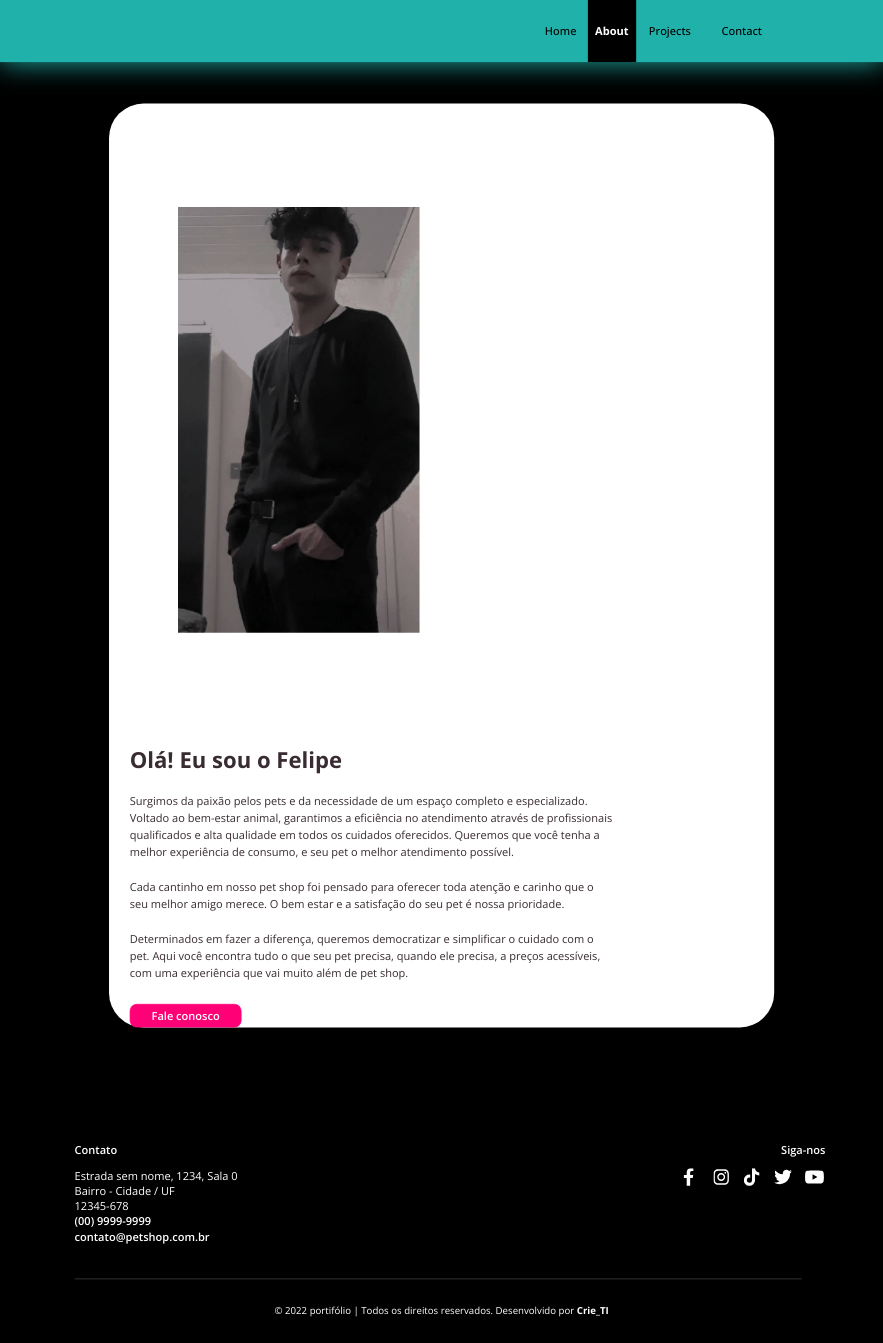
Repository: Fel1pit0/CRIE_TI
Page: Projetos/Portifólio/about.html
The author's editor kept a copy of each file at every save. The page is drawn from the files as they stood at one save, then again after the next save.
The browser window is 1280 px wide. The pictures show the whole page, at 69% of full size.

Above is the page before, as saved 2022-05-25 14:41:56.

After the next save:
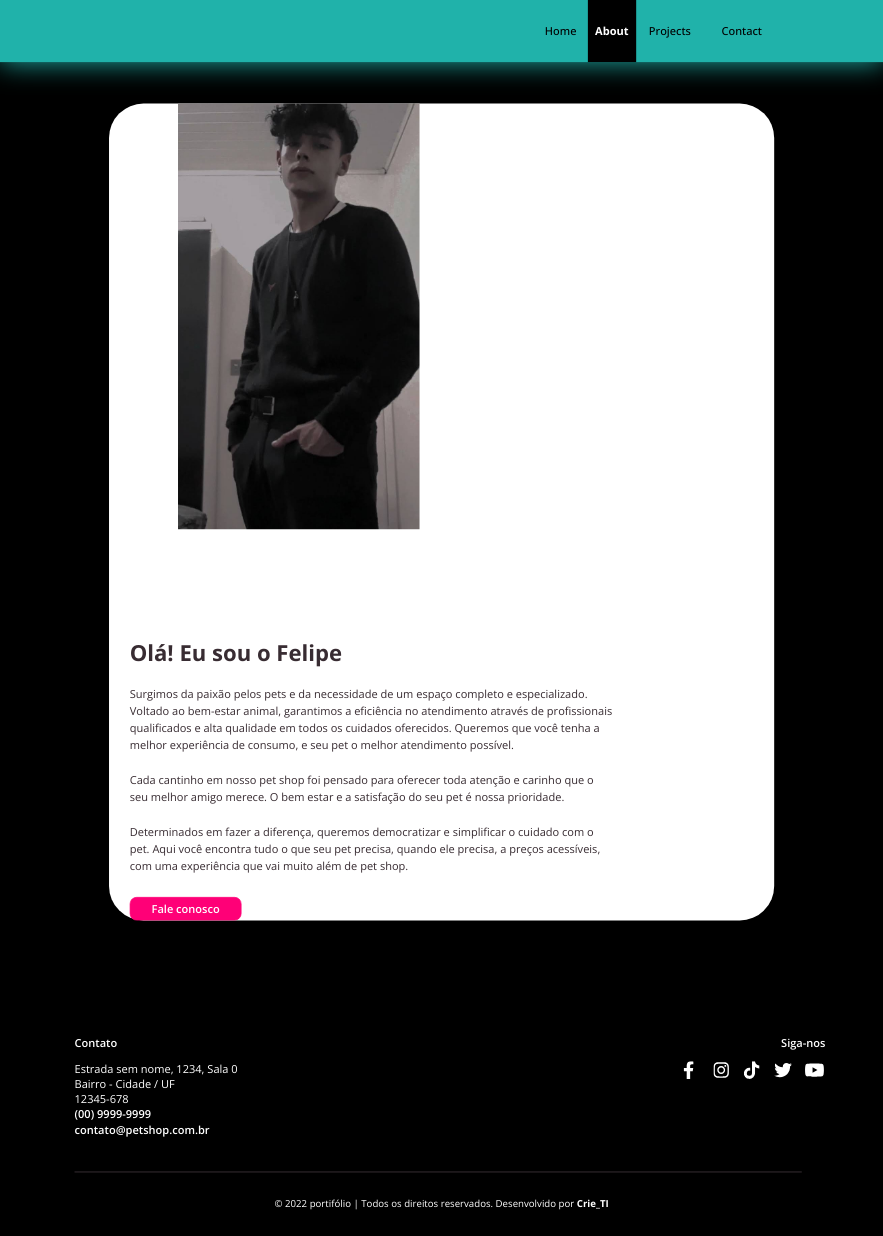
Saved 2 min 20 s later.
--- a/Projetos/Portifólio/styles.css
+++ b/Projetos/Portifólio/styles.css
@@ -295,8 +295,7 @@
   border-radius: 50px;
 }
 .image-about{
-  display: inline-block;
-  align-items: center;
+  display: flex;
   width: 350px;
   height: auto;
   margin: 150px 0 0 100px;

After the save that followed:
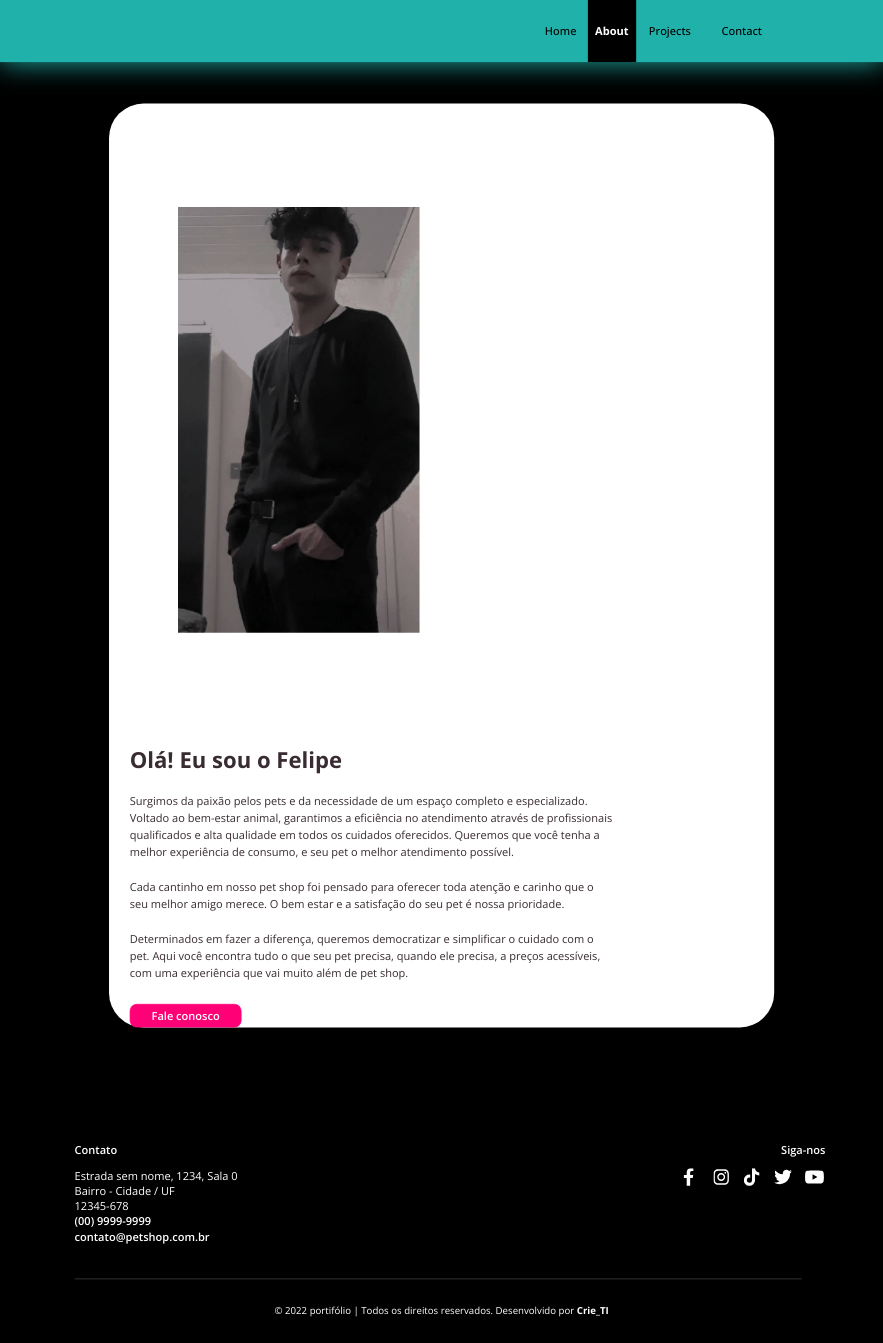
Saved 15 s later.
--- a/Projetos/Portifólio/styles.css
+++ b/Projetos/Portifólio/styles.css
@@ -295,7 +295,7 @@
   border-radius: 50px;
 }
 .image-about{
-  display: flex;
+  display: inline-block;
   width: 350px;
   height: auto;
   margin: 150px 0 0 100px;
